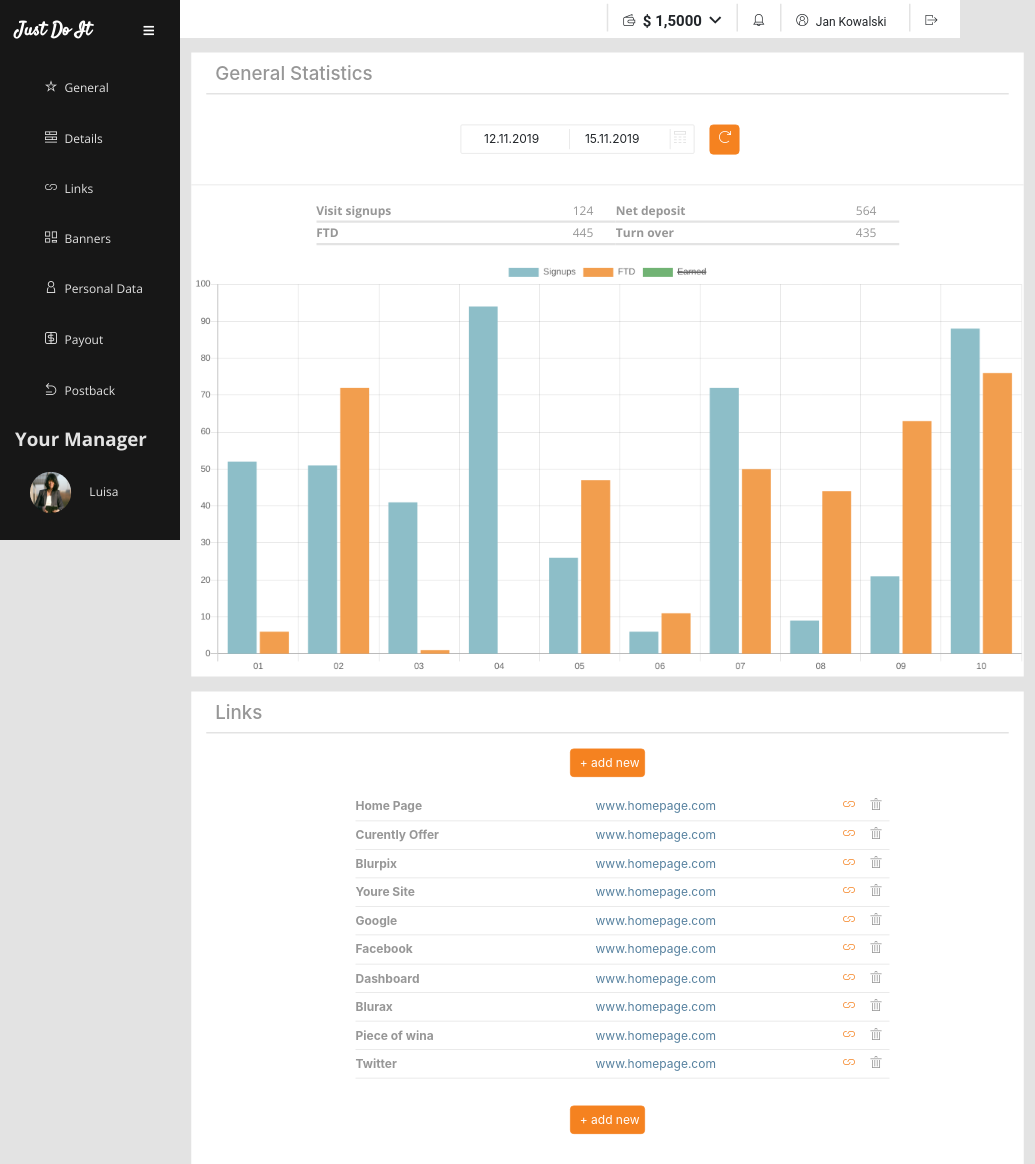
Repository: OllaWilk/wwwJustDoIt
Page: index.html
The author's editor kept a copy of each file at every save. The page is drawn from the files as they stood at one save, then again after the next save.
The browser window is 1280 px wide. The page is 1380 px wide, so the pictures cover 1380 px, including what lies to the right of the window. The pictures show the whole page, at 75% of full size.
Some web libraries are served in a nearby version. The style sheet was rebuilt from its Sass, Less or Tailwind sources for each picture, by a compiler version that may differ from the author's.

Above is the page before, as saved 2019-12-25 16:28:07.

After the next save:
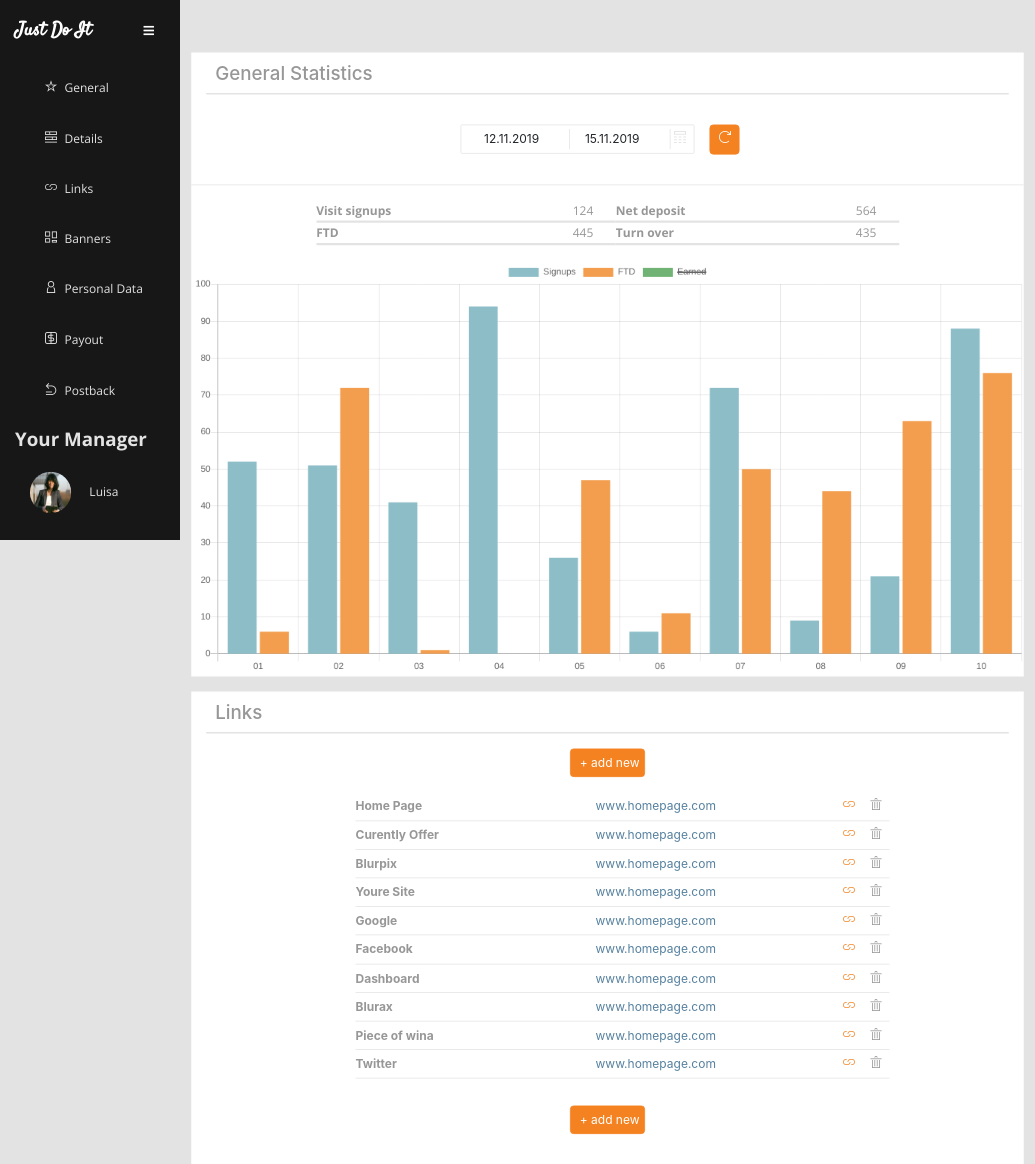
Saved 20 s later.
--- a/sass/style.scss
+++ b/sass/style.scss
@@ -6,7 +6,7 @@
 @import "layout";
 
 @import "sections/leftNavigtation";
-@import "sections/topUserMenu";
+//@import "sections/topUserMenu";
 
 @import "pages/mainPage";
 @import "pages/links";

After the save that followed:
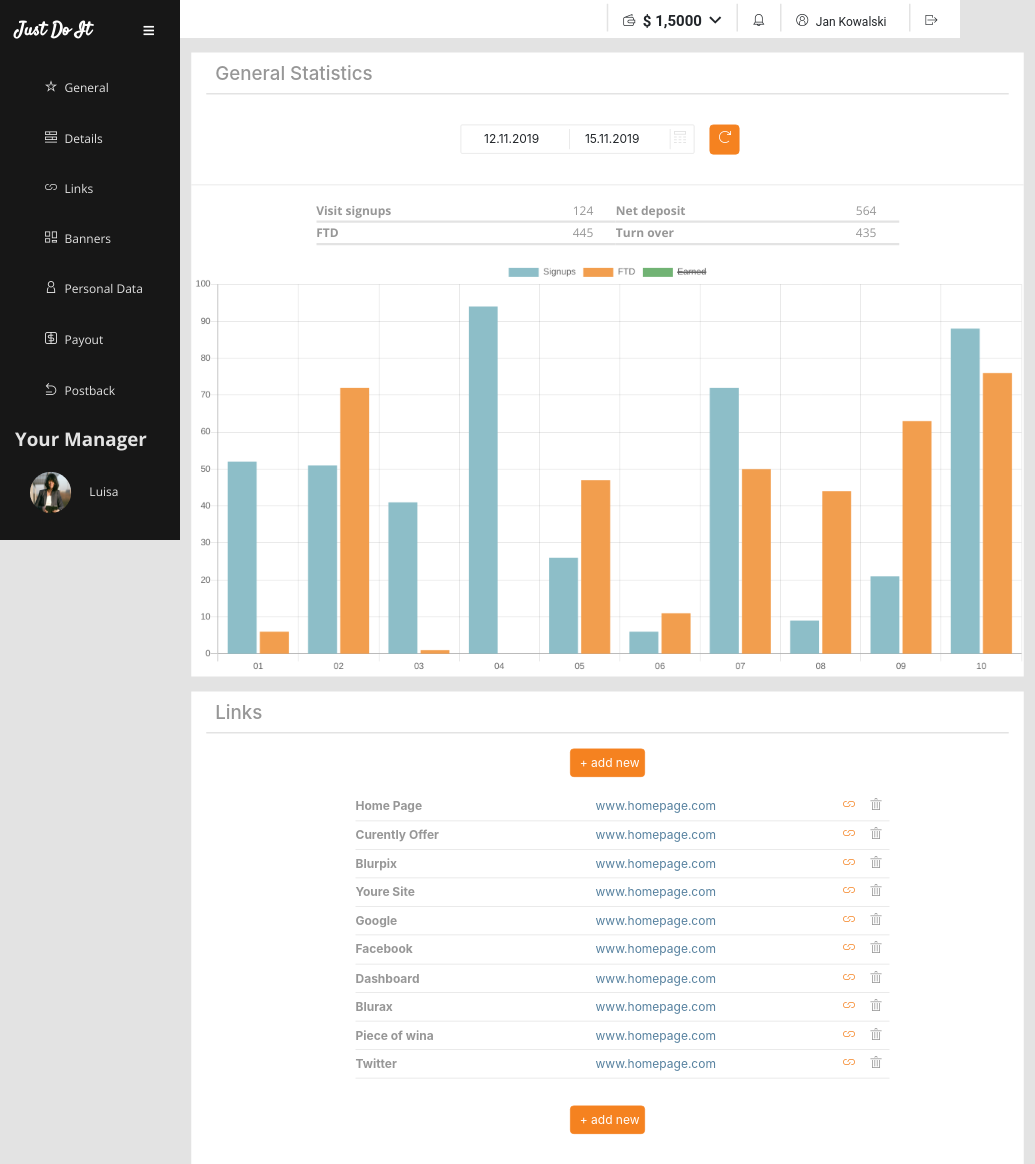
Saved 56 s later.
--- a/sass/style.scss
+++ b/sass/style.scss
@@ -6,7 +6,7 @@
 @import "layout";
 
 @import "sections/leftNavigtation";
-//@import "sections/topUserMenu";
+@import "sections/topUserMenu";
 
 @import "pages/mainPage";
 @import "pages/links";
